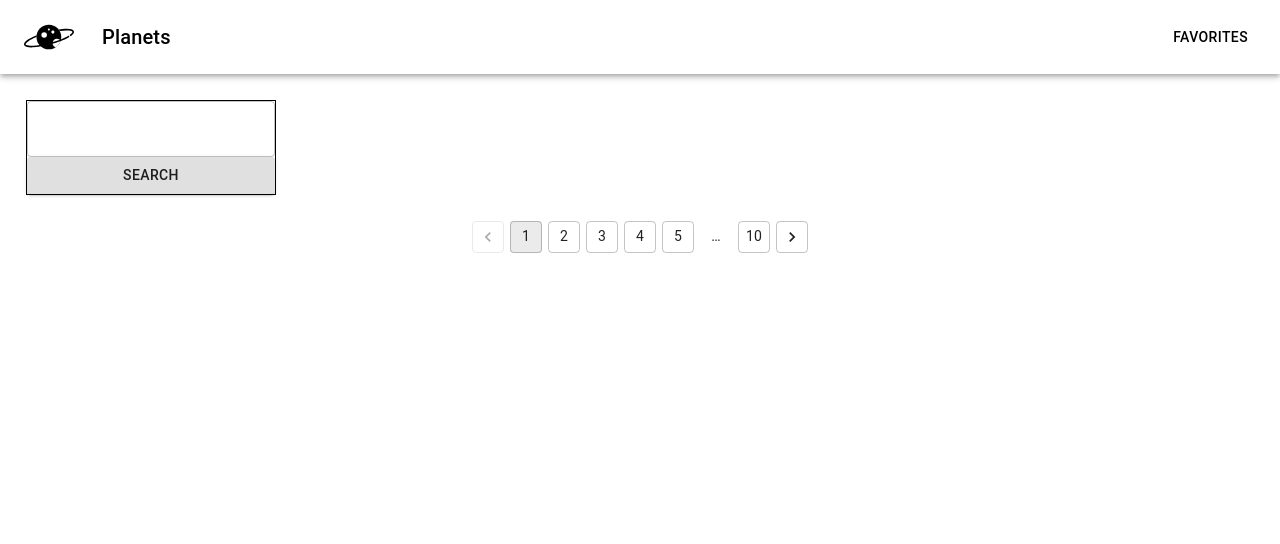
Repository: samridhie01/assignment
Page: /
An editor plug-in stored every save of this project. The page is shown before and after the next save, followed by the edit.
The browser window is 1280 px wide. The pictures show the whole page.
The page's requests for data from a server got no answer. The project was rebuilt for these pictures with package versions that can differ from the ones it lists, and the page was loaded fresh each time. A package was used in the major version that the imports need, not the one package.json lists. No one was signed in, and anything a server would have sent is missing. Also part of the build but not shown: src/components/planets/Planets.tsx.

Above is the page before, as saved 2020-08-20 13:26:14.

### src/index.tsx
import React from 'react';
import ReactDOM from 'react-dom';
import './index.css';
import App from './components/app/App';
import * as serviceWorker from './serviceWorker';
import { BrowserRouter } from 'react-router-dom';

ReactDOM.render(
  <React.StrictMode>
    <BrowserRouter>
    <App />
    </BrowserRouter>
  </React.StrictMode>,
  document.getElementById('root')
);

// If you want your app to work offline and load faster, you can change
// unregister() to register() below. Note this comes with some pitfalls.
// Learn more about service workers: https://bit.ly/CRA-PWA
serviceWorker.unregister();

### src/components/app/App.tsx
import React, { useEffect, useState } from "react";
import {Route, Switch } from 'react-router-dom';
import HomePage from "../homePage/homePage";




const App = () => {

  return (
    <>
    <HomePage />
    </>

  );
};
export default App;

### src/components/homePage/homePage.tsx
import React, { useEffect, useState } from "react";
import { useStyles } from "./HomePageStyle";
import Header from "../header/Header";
import Planets from "../planets/Planets";
import SearchBox from "../searchBox/SearchBox";
import { getPlanetData } from "./PlanetRetrievalService";
import Pagination from "@material-ui/lab/Pagination";

const HomePage = () => {
  const [planetData, setPlanetData] = useState<Object[]>([]);

  const classes = useStyles();

  useEffect(() => {
    getPlanetData().then(res => {
      setPlanetData(res.data.results);
    });
  }, []);

  return (
    <>
    <Header />
    <div className={classes.flexContainer}>
    <SearchBox />
      <div className={classes.item}>
        {planetData &&
          planetData.map((element: any, index: number) => {
            return <Planets name={element.name} climate={element.climate} />;
          })}
      </div>
    </div>

    <Pagination
        count={10}
        defaultPage={1}
        variant="outlined"
        shape="rounded"
        className={classes.indexing}
      />

    </>
  );
};
export default HomePage;

### src/components/homePage/HomePageStyle.ts
import {makeStyles, createStyles, Theme} from '@material-ui/core/styles';

export const useStyles = makeStyles((theme: Theme) => createStyles({
  flexContainer: {
   display: 'inline-flex',
   flex: '1 0 50%',
   textAlign: 'center',
   padding: '10px',
   overflow: 'hidden'
  },
  item: {
    alignSelf: 'flex-end'
  },
  indexing: {
    display: 'flex',
  justifyContent: 'center'
  },
  title: {
    flexGrow: 1,
  },

}));

### src/components/header/Header.tsx
import React from "react";
import AppBar from "@material-ui/core/AppBar";
import {Toolbar, makeStyles, createStyles, IconButton, Button,Theme} from "@material-ui/core";
import {ReactComponent as PlanetIcon} from "../../assets/planet.svg";
import Typography from "@material-ui/core/Typography";

const useStyles = makeStyles((theme: Theme) =>
  createStyles({
    root: {
      flexGrow: 1,
    },
    menuButton: {
      marginRight: theme.spacing(2),
    },
    title: {
      flexGrow: 1,
    },
    logo: {
       width: 50,
       height: 50
      },
  }),
);


const Header =  ()=>{
    const classes=useStyles();
return(
<AppBar color="inherit"  position="static">
    <Toolbar>
        <IconButton edge="start" className={classes.menuButton} color="inherit" aria-label="menu">
        <PlanetIcon className={classes.logo}/>
        </IconButton>
        <Typography variant="h6" className={classes.title}>
            Planets
        </Typography>
        <Button color="inherit">Favorites</Button>
    </Toolbar>
</AppBar>
)


}

export default Header;

### src/components/searchBox/SearchBox.tsx
import React from "react";
import { Button, Box, TextField, Theme, makeStyles, createStyles } from "@material-ui/core";

const useStyles = makeStyles((theme: Theme) =>
  createStyles({
    dotted: {
         display: "flex",
         flexDirection: "column",
         width:'200%'
    }
  }),
);

const Planets = () => {
    const classes= useStyles();
  return (
    <>

    <Box height="250%" border={1} m={2} display="inline-block" className={classes.dotted}>
     <TextField variant="outlined"/>
     <Button variant="contained">Search</Button>
      </Box>
    </>
  );
};

export default Planets;

### src/components/homePage/PlanetRetrievalService.ts
import axios from 'axios';


export const getPlanetData= async()=>{
   const res = await axios({
        method: 'GET',
        url: `https://swapi.dev/api/planets`
      });
      return res;
}

Loaded but not shown: public/index.html (common file); src/index.css (common file); src/serviceWorker.ts (common file)

After the next save:
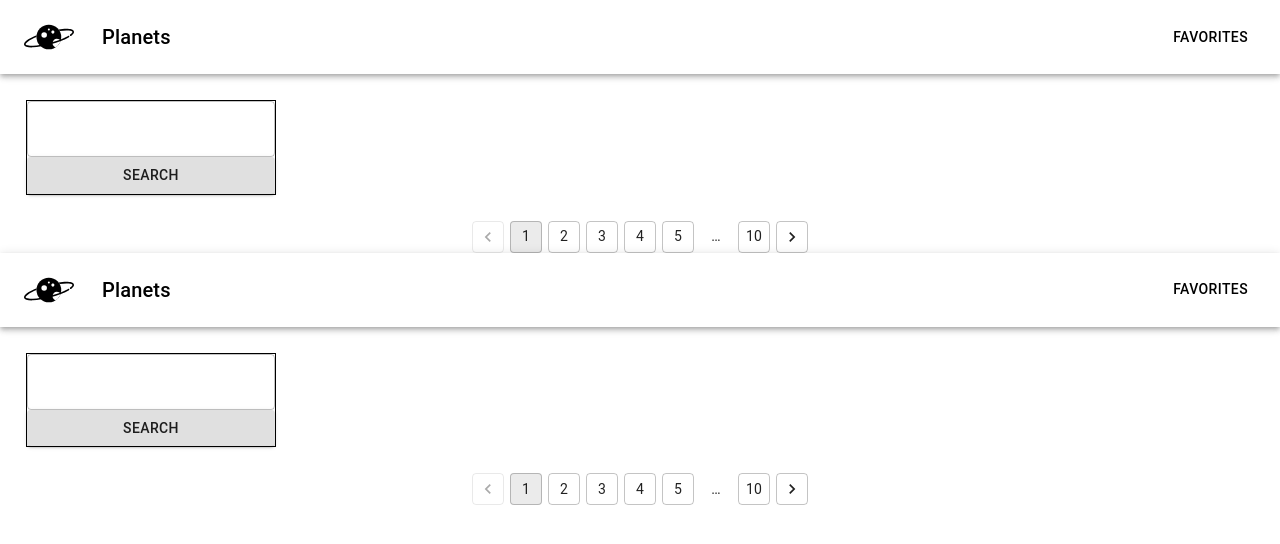
Saved 61 s later.
--- a/src/components/app/App.tsx
+++ b/src/components/app/App.tsx
@@ -1,16 +1,15 @@
 import React, { useEffect, useState } from "react";
 import {Route, Switch } from 'react-router-dom';
 import HomePage from "../homePage/homePage";
-
-
-
-
 const App = () => {
 
   return (
-    <>
+    <main>
+      <Switch>
+        <Route path="/" component={HomePage} exact />
+      </Switch>
     <HomePage />
-    </>
+    </main>
 
   );
 };

After the save that followed:
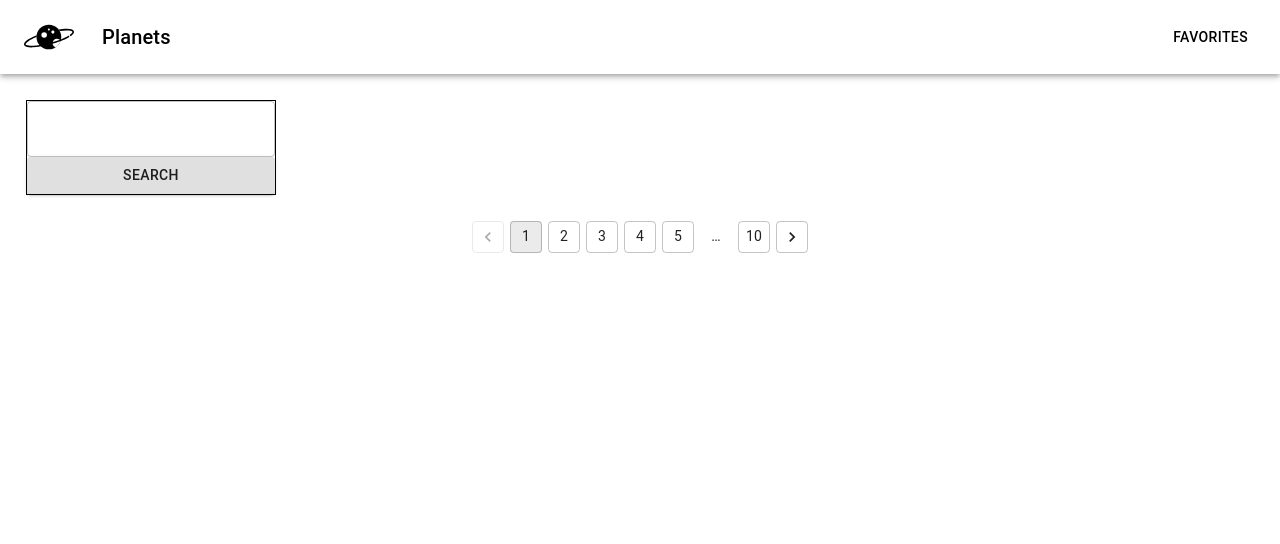
Saved 21 s later.
--- a/src/components/app/App.tsx
+++ b/src/components/app/App.tsx
@@ -8,7 +8,6 @@
       <Switch>
         <Route path="/" component={HomePage} exact />
       </Switch>
-    <HomePage />
     </main>
 
   );
